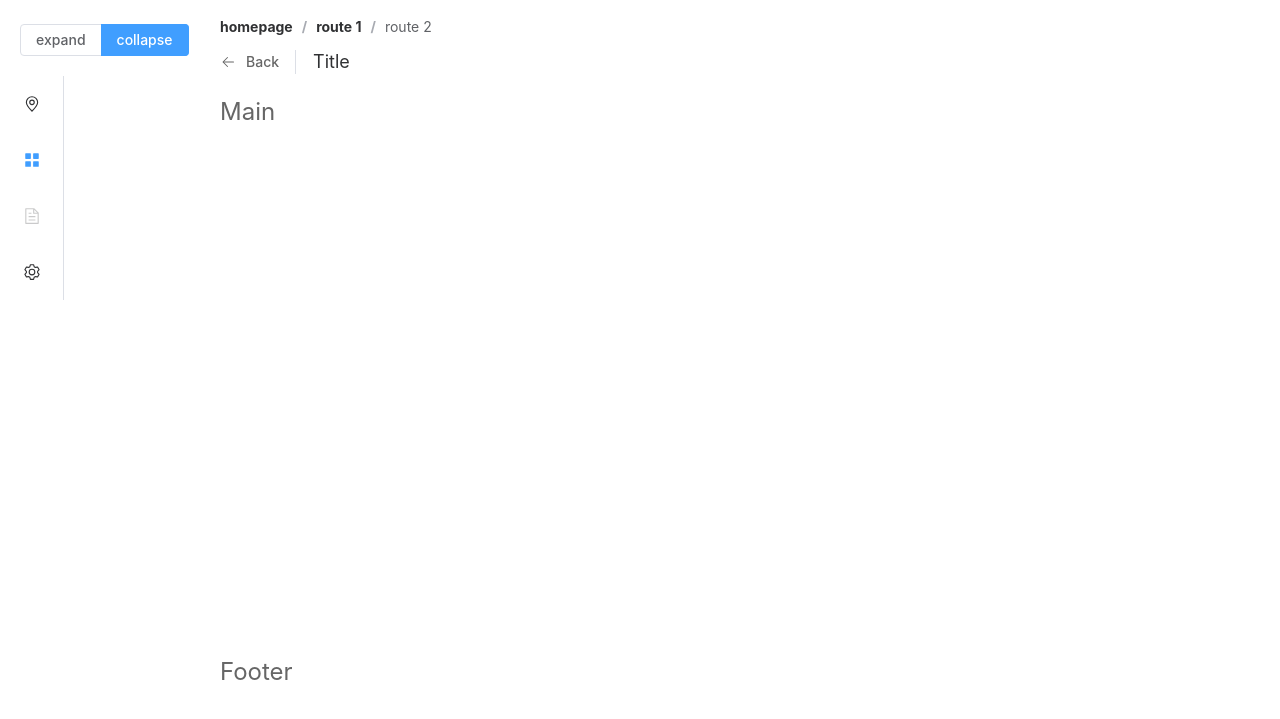
Repository: LeeypOR/management-system
Page: /
The author's editor kept a copy of each file at every save. The page is drawn from the files as they stood at one save, then again after the next save.
The browser window is 1280 px wide. The pictures show the whole page.
An inner scrolling area shows only its first screen. The project was rebuilt for these pictures with package versions that can differ from the ones it lists, and the page was loaded fresh each time. Also part of the build but not shown: vite.config.ts.

Above is the page before, as saved 2023-02-27 12:37:29.
Console error: SyntaxError: Cannot use import statement outside a module

After the next save:
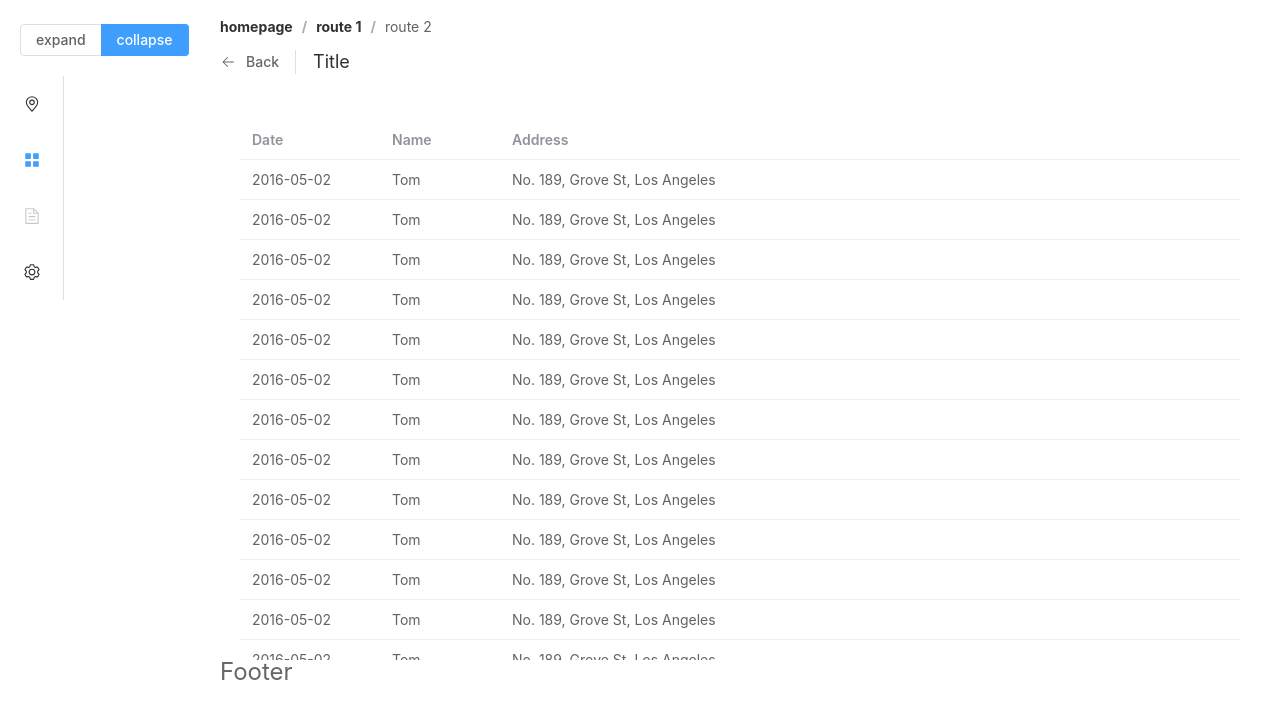
Saved 27 s later.
--- a/src/pages/index.vue
+++ b/src/pages/index.vue
@@ -8,7 +8,9 @@
         <el-header>
           <Header></Header>
         </el-header>
-        <el-main>Main</el-main>
+        <el-main>
+          <Main></Main>
+        </el-main>
         <el-footer>Footer</el-footer>
       </el-container>
     </el-container>
@@ -20,6 +22,7 @@
 <script setup lang="ts">
 import Menu from './BasePage/Menu.vue'
 import Header from './BasePage/Header.vue'
+import Main from './BasePage/Main.vue'
 
 </script>
 
